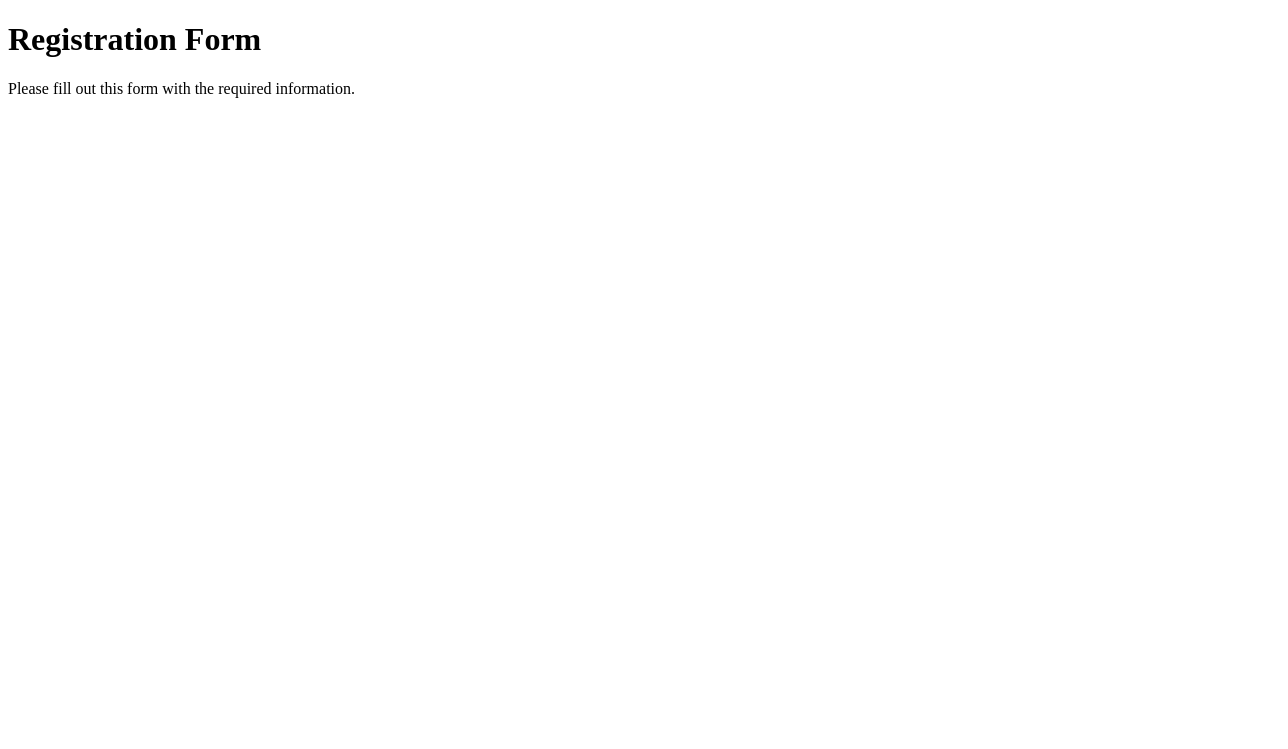
Repository: Lungdjos/registration_form
Page: index.html
An editor plug-in stored every save of this project. The page is shown before and after a run of saves, followed by the edit.
The browser window is 1280 px wide. The page is 1288 px wide, then 1280 px, so the pictures cover 1288 px, including what lies to the right of the window. The pictures show the whole page.

Above is the page before, as saved 2023-09-28 14:13:27.

### index.html
<!DOCTYPE html>
<html lang="en">

<head>
    <meta charset="UTF-8">
    <meta name="viewport" content="width=device-width, initial-scale=1.0">
    <title>Registration Form</title>
    <link rel="stylesheet" href="indexStyles.css">
</head>

<body>
    <h1>Registration Form</h1>
    <p>Please fill out this form with the required information.</p>
</body>

</html>

### indexStyles.css
/* CSS for the Registration Form */

body {
    width: 100%;
    height: 100vh;
    mask-repeat: ;
}

After the next 3 saves:
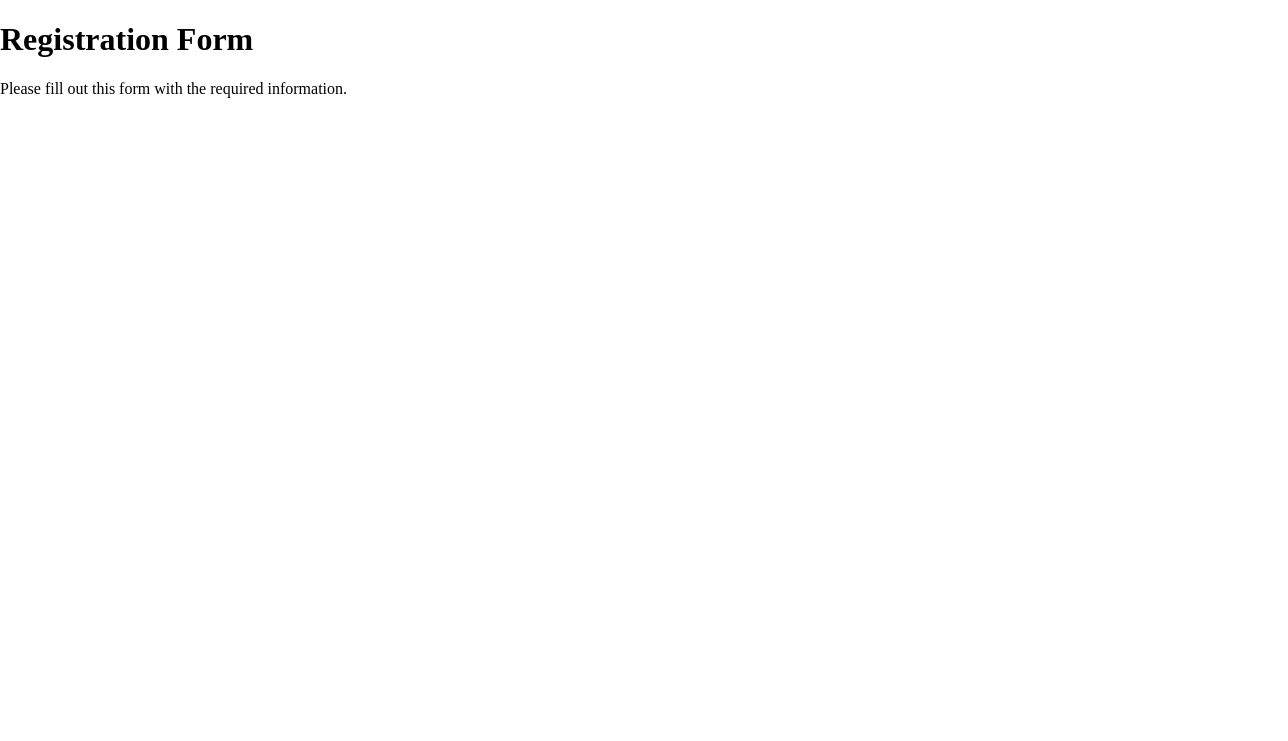
The 3 saves are shown as one change because they came seconds apart.
The last was saved 9 s later.
--- a/indexStyles.css
+++ b/indexStyles.css
@@ -3,5 +3,5 @@
 body {
     width: 100%;
     height: 100vh;
-    mask-repeat: ;
+    margin: 0%;
 }
